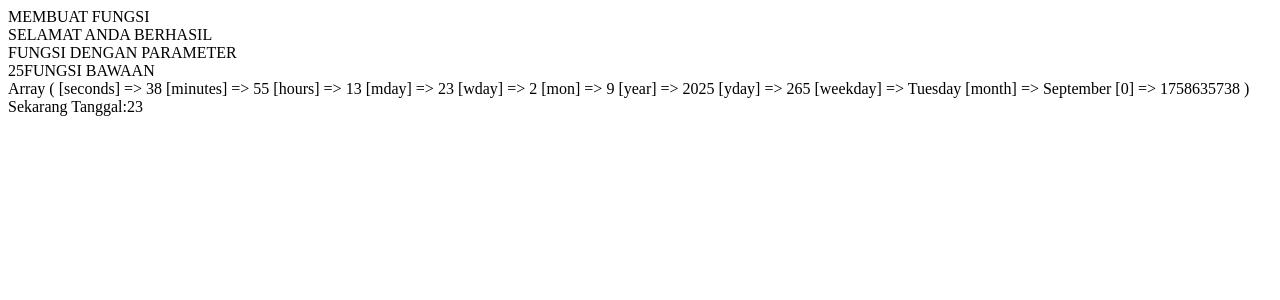
Repository: Bearli-py/latihan_PHP
Page: http://localhost/latihan_fungsi.php
An editor plug-in stored every save of this project. The page is shown before and after the next save, followed by the edit.
The browser window is 1280 px wide. The pictures show the whole page.
The page is run by PHP 8.4 with error messages shown; the project is at /var/www/html/.

Above is the page before, as saved 2025-10-01 14:05:16.

### latihan_fungsi.php
<?php
    echo "MEMBUAT FUNGSI <br>";
function berhasil()
{
    echo "SELAMAT ANDA BERHASIL";
};
function gagal()
{
    echo "MAAF ANDA GAGAL";
}
$nilai = 90;
    if ($nilai>=75)
{ berhasil(); }
    else { gagal(); };
    echo "<br>";
    echo "FUNGSI DENGAN PARAMETER<br>";
function jumlah($a,$b) //fungsi dengan 2 parameter
{ return $a+$b; } //nilai kembali (return value)
$nilai1=10;
$nilai2=15;
    echo jumlah($nilai1,$nilai2);//passing parameter echo "<br>";
    echo "FUNGSI BAWAAN <br>";
$sekarang = getdate();
print_r($sekarang);//hasilnya berupa array
    echo "<br>";//Ambil elemen untuk menampilkan tanggal
    echo "Sekarang Tanggal:".
    $sekarang["mday"];
?>

After the next save:
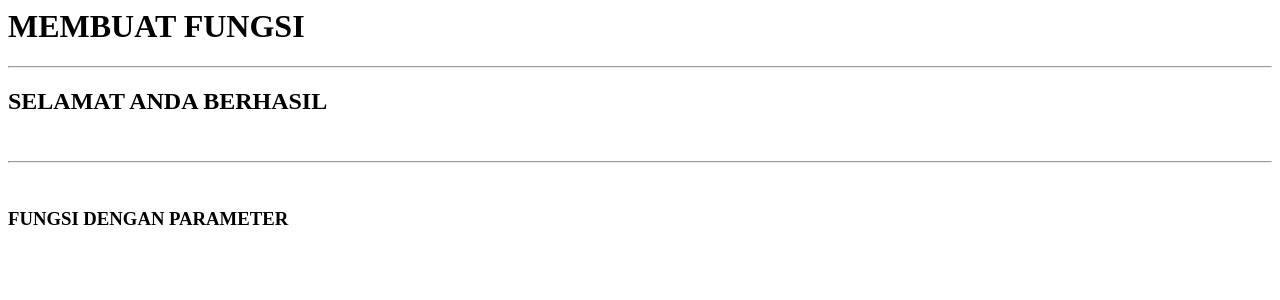
Saved 117 s later.
--- a/latihan_fungsi.php
+++ b/latihan_fungsi.php
@@ -1,28 +1,27 @@
 <?php
-    echo "MEMBUAT FUNGSI <br>";
+    echo "<h1>MEMBUAT FUNGSI</h1>";
+    echo "<hr>";
+
 function berhasil()
 {
-    echo "SELAMAT ANDA BERHASIL";
-};
+    echo "<h2>SELAMAT ANDA BERHASIL</h2>";
+}
+
 function gagal()
 {
-    echo "MAAF ANDA GAGAL";
+    echo "<h2 style='color: red;'>MAAF ANDA GAGAL</h2>";
 }
+
 $nilai = 90;
     if ($nilai>=75)
-{ berhasil(); }
+    { berhasil(); }
     else { gagal(); };
-    echo "<br>";
-    echo "FUNGSI DENGAN PARAMETER<br>";
-function jumlah($a,$b) //fungsi dengan 2 parameter
-{ return $a+$b; } //nilai kembali (return value)
+
+    echo "<br><hr><br>";
+    echo "<h3>FUNGSI DENGAN PARAMETER</h3>";
+
+function jumlah($a,$b)
+{ return $a+$b; }
+
 $nilai1=10;
-$nilai2=15;
-    echo jumlah($nilai1,$nilai2);//passing parameter echo "<br>";
-    echo "FUNGSI BAWAAN <br>";
-$sekarang = getdate();
-print_r($sekarang);//hasilnya berupa array
-    echo "<br>";//Ambil elemen untuk menampilkan tanggal
-    echo "Sekarang Tanggal:".
-    $sekarang["mday"];
 ?>
